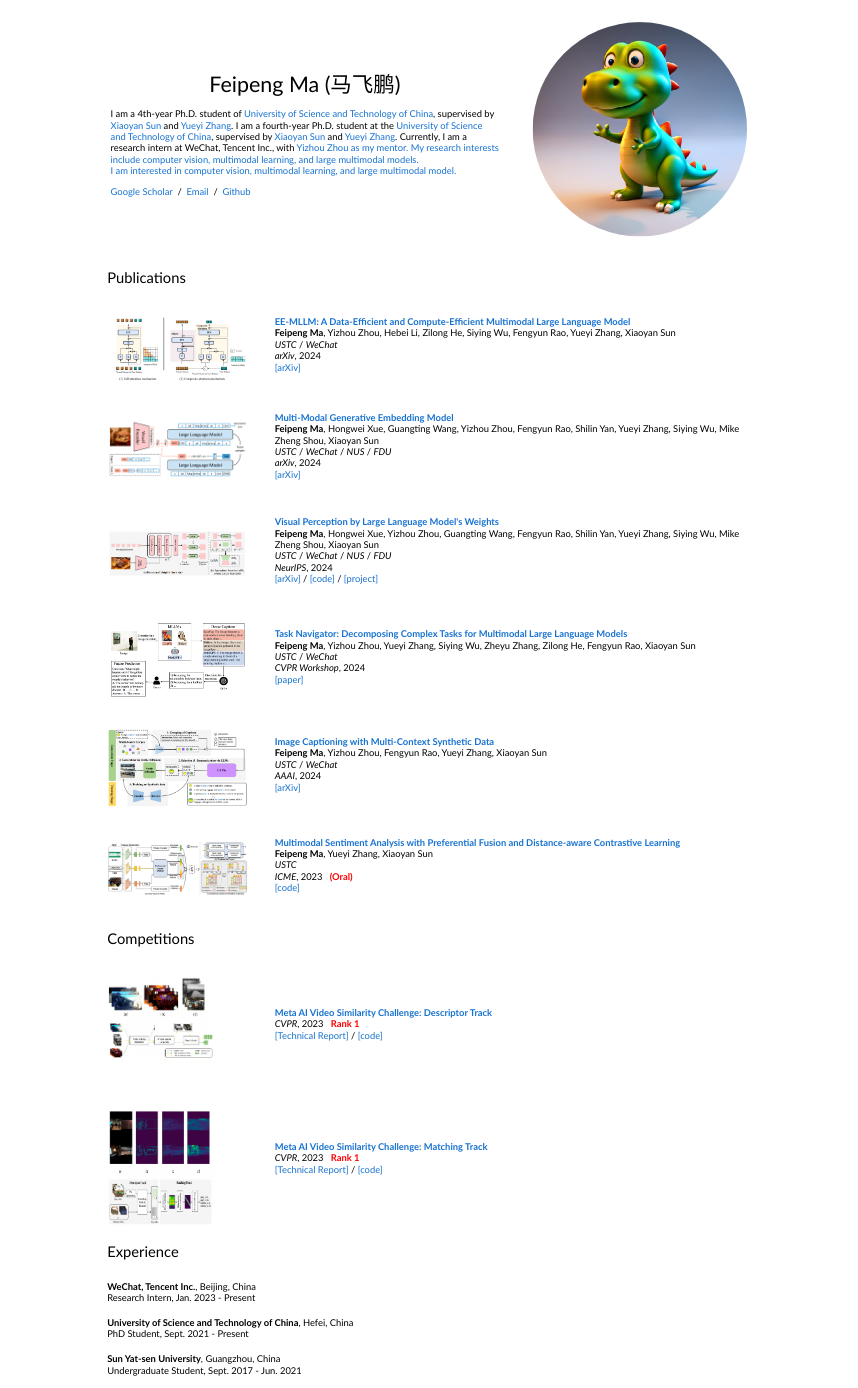
Repository: FeipengMa6/FeipengMa6.github.io
Page: index.html
An editor plug-in stored every save of this project. The page is shown before and after the next save, followed by the edit.
The browser window is 1280 px wide. The pictures show the whole page, at 67% of full size.

Above is the page before, as saved 2024-10-11 17:57:32.

After the next save:
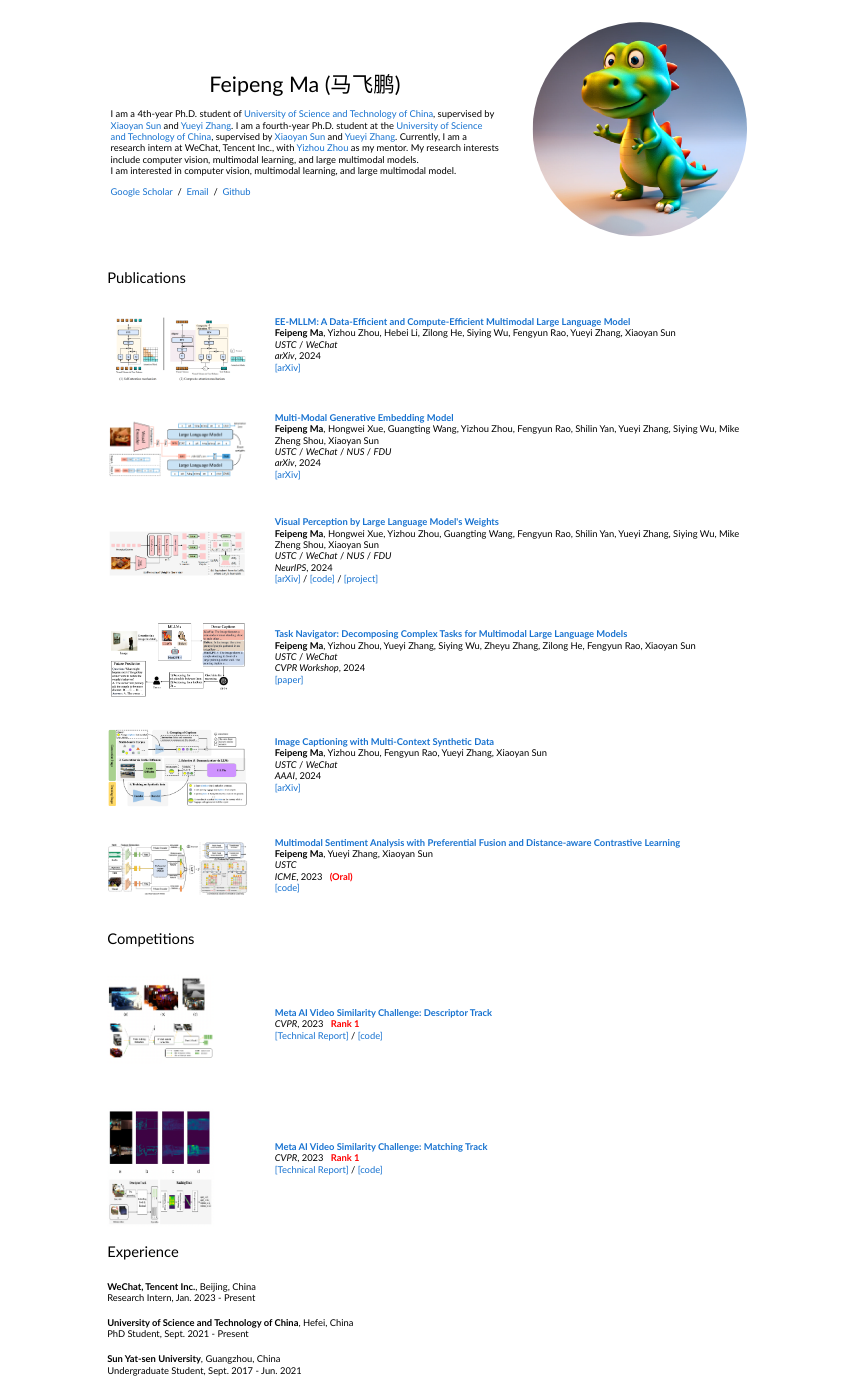
Saved 5 s later.
--- a/index.html
+++ b/index.html
@@ -19,7 +19,7 @@
                 </p>
                 <p>
                 I am a 4th-year Ph.D. student of <a href="https://en.ustc.edu.cn/">University of Science and Technology of China</a>, supervised by <a href="https://scholar.google.com/citations?user=VRG3dw4AAAAJ&hl=zh-CN">Xiaoyan Sun</a> and <a href="https://scholar.google.com/citations?user=LatWlFAAAAAJ&hl=zh-CN&oi=ao">Yueyi Zhang</a>.
-                I am a fourth-year Ph.D. student at the <a href="https://en.ustc.edu.cn/">University of Science and Technology of China</a>, supervised by <a href="https://scholar.google.com/citations?user=VRG3dw4AAAAJ&hl=zh-CN">Xiaoyan Sun</a> and <a href="https://scholar.google.com/citations?user=LatWlFAAAAAJ&hl=zh-CN&oi=ao">Yueyi Zhang</a>. Currently, I am a research intern at WeChat, Tencent Inc., with <a href="https://scholar.google.com/citations?user=dHBNmSkAAAAJ&hl=zh-CN&oi=ao">Yizhou Zhou as my mentor. My research interests include computer vision, multimodal learning, and large multimodal models.
+                I am a fourth-year Ph.D. student at the <a href="https://en.ustc.edu.cn/">University of Science and Technology of China</a>, supervised by <a href="https://scholar.google.com/citations?user=VRG3dw4AAAAJ&hl=zh-CN">Xiaoyan Sun</a> and <a href="https://scholar.google.com/citations?user=LatWlFAAAAAJ&hl=zh-CN&oi=ao">Yueyi Zhang</a>. Currently, I am a research intern at WeChat, Tencent Inc., with <a href="https://scholar.google.com/citations?user=dHBNmSkAAAAJ&hl=zh-CN&oi=ao">Yizhou Zhou</a> as my mentor. My research interests include computer vision, multimodal learning, and large multimodal models.
                 <br>
                 I am interested in computer vision, multimodal learning, and large multimodal model.
                 </p>
